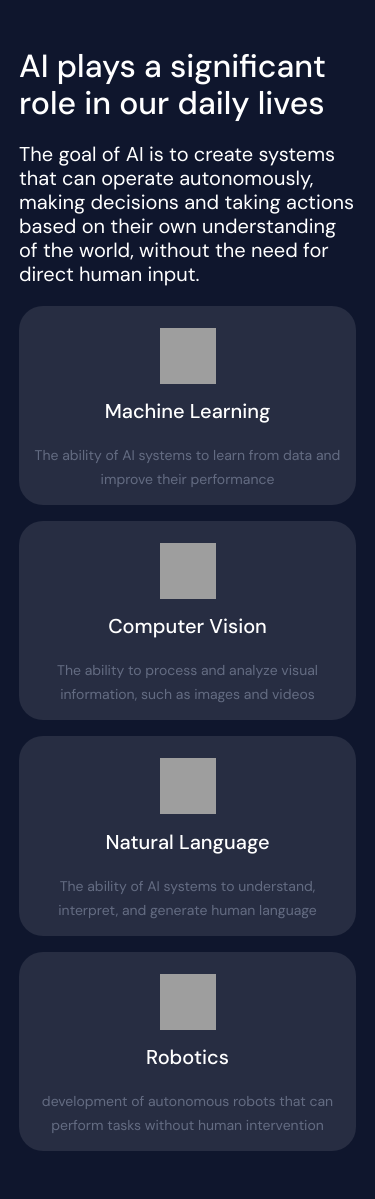
Repository: guli95/four-areas-of-AI-INVO-ACAdemy
Page: /
These files come from the project's save history. The page is drawn as it stood at one moment and after the next save; the edit follows.
The browser window is 375 px wide. The pictures show the whole page.
Pictures or frames that could not be fetched are drawn as grey boxes. The project was rebuilt for these pictures with package versions that can differ from the ones it lists, and the page was loaded fresh each time.

Above is the page before, as saved 2023-03-13 16:10:12.

### index.html
<!DOCTYPE html>
<html lang="en">

<head>
  <meta charset="UTF-8" />
  <link rel="icon" type="image/svg+xml" href="/vite.svg" />
  <meta name="viewport" content="width=device-width, initial-scale=1.0" />
  <title>Four AI areas</title>
</head>

<!-- In order to start your challenge, remove all the content inside <div id="home-page"></div> and start coding :) -->

<body>
  <div id="home-page">
    <div class="flexbox-container">
      <div class="heading-wrapper">
        <h1 class="heading-title">AI plays a significant role in our daily lives</h1>
        <p class="heading-text">The goal of AI is to create systems that can operate autonomously, making decisions and taking actions based on their own understanding of the world, without the need for direct human input.</p>
      </div>
      <div class="card-container">
        <a href="" class="card-link">
        <div class="card">
          <img src="./public/images/card-icon1.png" alt="" class="card-img" role="presentation">
          <h3 class="card-title">Machine Learning</h3>
          <p class="card-text">The ability of AI systems to learn from data and improve their performance</p>
        </div>
        </a>
        <a href="" class="card-link">
        <div class="card">
          <img src="./public/images/card-icon2.png" alt="" class="card-img" role="presentation">
          <h3 class="card-title">Computer Vision</h3>
          <p class="card-text">The ability to process and analyze visual information, such as images and videos</p>
        </div>
        </a>
        <a href="" class="card-link">
        <div class="card">
          <img src="./public/images/card-icon3.png" alt="" class="card-img" role="presentation">
          <h3 class="card-title">Natural Language</h3>
          <p class="card-text">The ability of AI systems to understand, interpret, and generate human language</p>
        </div>
        </a>
        <a href="" class="card-link">
        <div class="card">
          <img src="./public/images/card-icon4.png" alt="" class="card-img" role="presentation">
          <h3 class="card-title">Robotics</h3>
          <p class="card-text">development of autonomous robots that can perform tasks without human intervention</p>
        </div>
        </a>
      </div>
    </div>
  </div>

  <script type="module" src="/src/global-scripts/main.js"></script>
</body>

</html>

### src/global-scripts/main.js
/// Main JavaScript File
/// Here we import all the global JavaScript files we need for our project.

import "../global-styles/style.scss";
import "../../src/pages/home-page/styles/home-page.scss";

### src/global-styles/style.scss
/// Main Styles File
/// Here we import all the global Styles files we need for our project.

@import "styles/normalize.scss";
@import "styles/root.scss";
@import "styles/fonts.scss";

body {
  font-family: 'DS sans', sans-serif;
  color: var(--color-primary);
}

p {
  color: var(--color-on-surface);
}

### src/pages/home-page/styles/home-page.scss
/// Homepage Styles File
/// Here we import all the Styles files we need for our Homepage.
@import '../../../global-styles/styles/_root.scss';

#home-page{
    color: var(--color-white);
    font-family: 'DM Sans',sans-serif;
    height: 100%;

 .flexbox-container{
    max-width: 1440px;
    padding: 0 20px;
    display: flex;
    justify-content: center;
    margin: 160px auto 0 auto;
    gap: 0px;
    @media screen and (max-width:1191px) {
        flex-direction:column;
        align-items: center;
        margin-top: 247px;
    }
    @media screen and (max-width:480px) {
        padding: 48px 19px;
        margin-top: 0px;
    }
    .heading-wrapper{
        font-family: "DM Sans", sans-serif;
        text-align: left ;
        vertical-align: top;
        max-width: 480px;
        padding-left: 30px;
        padding-right: 60px;
        @media screen and (max-width:1191px) {
            width: 100%;
            padding: 0 14px;
            max-width: 500px;
        }
        .heading-title{
            font-size: var(--text-xl);
            font-weight: 500;
            line-height: 115%;
            letter-spacing: 0.2%;
            margin: 0 0 24px 0;
            @media screen and (max-width:1191px) {
                margin-bottom: 10px;

            }
            @media screen and (max-width:480px) {
                font-size: var(--text-l);
            }
        }
        .heading-text{
            font-size: var(--text-m);
            line-height: 24px;
            font-weight: 300;

        }
        @media screen and (max-width:480px) {
            font-size: var(--text-s);
        }
    }
    .card-container{
        display: flex;
        justify-content: center;
        flex-wrap: wrap;
        gap: 24px;
        max-width: 620px;
        @media screen and (max-width:1191px) {
            width: 100%;
            gap:16px;
            max-width: 500px;
        }
        .card-link{
            display: flex;
            color: var(--color-white);
            text-decoration: none;
            flex-direction: column;
            align-items: center;
            max-width: 240px;
            max-width: 250px;
            min-height: 200px;
            padding: 22px 10px;
            background-color:var(--color-secondary-grey);
            text-align: center;
            border-radius: var(--rounding-big);
            transition: .2s;
            &:hover{
                background-color: lighten($color: #272D42, $amount: 10) ;
            }
            @media screen and (max-width:1191px) {
                max-width: 220px;
                padding-bottom: 0;
                justify-content: flex-start;
                min-height: auto;
            }
            @media screen and (max-width:480px) {
                width: 100%;
                min-height:auto;
                max-width: none;
            }
            .card-img{
                width: 64px;
                height: 64px;
                @media screen and (max-width:1191px) {
                    width: 56px;
                    height: 56px;
                }
            }
            .card-title{
                font-size: var(--text-m);
                font-weight: 500;
                margin-top: 12px;
            }
            .card-text{
                font-size: var(--text-s);
                mix-blend-mode:soft-light;
                line-height: 24px;
                @media screen and (max-width:1191px) {
                    font-size: var(--text-xs);
                }
            }
        }

    }
}

}

### src/global-styles/styles/normalize.scss
/*! normalize.css v8.0.1 | MIT License | github.com/necolas/normalize.css */

/* Document
   ========================================================================== */

/**
 * 1. Correct the line height in all browsers.
 * 2. Prevent adjustments of font size after orientation changes in iOS.
 */

html {
  line-height: 1.15; /* 1 */
  -webkit-text-size-adjust: 100%; /* 2 */
  background-color: var(--color-primary-dark-blue);
}

/* Sections
   ========================================================================== */

/**
 * Remove the margin in all browsers.
 */

body {
  margin: 0;
}

/**
 * Render the `main` element consistently in IE.
 */

main {
  display: block;
}

/**
 * Correct the font size and margin on `h1` elements within `section` and
 * `article` contexts in Chrome, Firefox, and Safari.
 */

h1 {
  font-size: 2em;
  margin: 0.67em 0;
}

/* Grouping content
   ========================================================================== */

/**
 * 1. Add the correct box sizing in Firefox.
 * 2. Show the overflow in Edge and IE.
 */

hr {
  box-sizing: content-box; /* 1 */
  height: 0; /* 1 */
  overflow: visible; /* 2 */
}

/**
 * 1. Correct the inheritance and scaling of font size in all browsers.
 * 2. Correct the odd `em` font sizing in all browsers.
 */

pre {
  font-family: monospace, monospace; /* 1 */
  font-size: 1em; /* 2 */
}

/* Text-level semantics
   ========================================================================== */

/**
 * Remove the gray background on active links in IE 10.
 */

a {
  background-color: transparent;
}

/**
 * 1. Remove the bottom border in Chrome 57-
 * 2. Add the correct text decoration in Chrome, Edge, IE, Opera, and Safari.
 */

abbr[title] {
  border-bottom: none; /* 1 */
  text-decoration: underline; /* 2 */
  text-decoration: underline dotted; /* 2 */
}

/**
 * Add the correct font weight in Chrome, Edge, and Safari.
 */

b,
strong {
  font-weight: bolder;
}

/**
 * 1. Correct the inheritance and scaling of font size in all browsers.
 * 2. Correct the odd `em` font sizing in all browsers.
 */

code,
kbd,
samp {
  font-family: monospace, monospace; /* 1 */
  font-size: 1em; /* 2 */
}

/**
 * Add the correct font size in all browsers.
 */

small {
  font-size: 80%;
}

/**
 * Prevent `sub` and `sup` elements from affecting the line height in
 * all browsers.
 */

sub,
sup {
  font-size: 75%;
  line-height: 0;
  position: relative;
  vertical-align: baseline;
}

sub {
  bottom: -0.25em;
}

sup {
  top: -0.5em;
}

/* Embedded content
   ========================================================================== */

/**
 * Remove the border on images inside links in IE 10.
 */

img {
  border-style: none;
}

/* Forms
   ========================================================================== */

/**
 * 1. Change the font styles in all browsers.
 * 2. Remove the margin in Firefox and Safari.
 */

button,
input,
optgroup,
select,
textarea {
  font-family: inherit; /* 1 */
  font-size: 100%; /* 1 */
  line-height: 1.15; /* 1 */
  margin: 0; /* 2 */
}

/**
 * Show the overflow in IE.
 * 1. Show the overflow in Edge.
 */

button,
input { /* 1 */
  overflow: visible;
}

/**
 * Remove the inheritance of text transform in Edge, Firefox, and IE.
 * 1. Remove the inheritance of text transform in Firefox.
 */

button,
select { /* 1 */
  text-transform: none;
}

/**
 * Correct the inability to style clickable types in iOS and Safari.
 */

button,
[type="button"],
[type="reset"],
[type="submit"] {
  -webkit-appearance: button;
}

/**
 * Remove the inner border and padding in Firefox.
 */

button::-moz-focus-inner,
[type="button"]::-moz-focus-inner,
[type="reset"]::-moz-focus-inner,
[type="submit"]::-moz-focus-inner {
  border-style: none;
  padding: 0;
}

/**
 * Restore the focus styles unset by the previous rule.
 */

button:-moz-focusring,
[type="button"]:-moz-focusring,
[type="reset"]:-moz-focusring,
[type="submit"]:-moz-focusring {
  outline: 1px dotted ButtonText;
}

/**
 * Correct the padding in Firefox.
 */

fieldset {
  padding: 0.35em 0.75em 0.625em;
}

/**
 * 1. Correct the text wrapping in Edge and IE.
 * 2. Correct the color inheritance from `fieldset` elements in IE.
 * 3. Remove the padding so developers are not caught out when they zero out
 *    `fieldset` elements in all browsers.
 */

legend {
  box-sizing: border-box; /* 1 */
  color: inherit; /* 2 */
  display: table; /* 1 */
  max-width: 100%; /* 1 */
  padding: 0; /* 3 */
  white-space: normal; /* 1 */
}

/**
 * Add the correct vertical alignment in Chrome, Firefox, and Opera.
 */

progress {
  vertical-align: baseline;
}

/**
 * Remove the default vertical scrollbar in IE 10+.
 */

textarea {
  overflow: auto;
}

/**
 * 1. Add the correct box sizing in IE 10.
 * 2. Remove the padding in IE 10.
 */

[type="checkbox"],
[type="radio"] {
  box-sizing: border-box; /* 1 */
  padding: 0; /* 2 */
}

/**
 * Correct the cursor style of increment and decrement buttons in Chrome.
 */

[type="number"]::-webkit-inner-spin-button,
[type="number"]::-webkit-outer-spin-button {
  height: auto;
}

/**
 * 1. Correct the odd appearance in Chrome and Safari.
 * 2. Correct the outline style in Safari.
 */

[type="search"] {
  -webkit-appearance: textfield; /* 1 */
  outline-offset: -2px; /* 2 */
}

/**
 * Remove the inner padding in Chrome and Safari on macOS.
 */

[type="search"]::-webkit-search-decoration {
  -webkit-appearance: none;
}

/**
 * 1. Correct the inability to style clickable types in iOS and Safari.
 * 2. Change font properties to `inherit` in Safari.
 */

::-webkit-file-upload-button {
  -webkit-appearance: button; /* 1 */
  font: inherit; /* 2 */
}

/* Interactive
   ========================================================================== */

/*
 * Add the correct display in Edge, IE 10+, and Firefox.
 */

details {
  display: block;
}

/*
 * Add the correct display in all browsers.
 */

summary {
  display: list-item;
}

/* Misc
   ========================================================================== */

/**
 * Add the correct display in IE 10+.
 */

template {
  display: none;
}

/**
 * Add the correct display in IE 10.
 */

[hidden] {
  display: none;
}

### src/global-styles/styles/root.scss
/// Root Styles file
/// Here we define all the root variables we need for our project.
/// For examples see Material Design color system: https://m2.material.io/design/color/the-color-system.html

:root {
    $--color-primary-dark-blue: #0F162D !global;
    --color-primary-pink: #CA59FF;
    --color-primary-purple: #6C7CFF;
    --color-primary-green: #2AFFFF;
    --color-primary-yellow: #FFF629;
    --color-white: #FFFFFF;
    --color-black: #000;
    --color-secondary-grey:#272D42;

}

### src/global-styles/styles/fonts.scss
/// Main Fonts File
/// Here we import all the fonts files we need for our project.

@import url('https://fonts.googleapis.com/css2?family=Roboto:ital,wght@0,100;0,300;0,400;0,500;0,700;0,900;1,100;1,300;1,400;1,500;1,700;1,900&display=swap');
@import url('https://fonts.googleapis.com/css2?family=DM+Sans:wght@400;500&display=swap');

### src/global-styles/styles/_root.scss
/// Root Styles file
/// Here we define all the root variables we need for our project.
/// For examples see Material Design color system: https://m2.material.io/design/color/the-color-system.html

:root {
    //colors
    --color-primary-dark-blue: #0F162D ;
    --color-primary-pink: #CA59FF;
    --color-primary-purple: #6C7CFF;
    --color-primary-green: #2AFFFF;
    --color-primary-yellow: #FFF629;
    --color-white: #FFFFFF;
    --color-black: #000;
    --color-secondary-grey:#272D42;

    //font-size
    --text-xl:48px;
    --text-l:32px;
    --text-m:20px;
    --text-s:16px;
    --text-xs:14px;

    //rounding
    --rounding-big:24px;
    --rounding-small:16px;
}

After the next save:
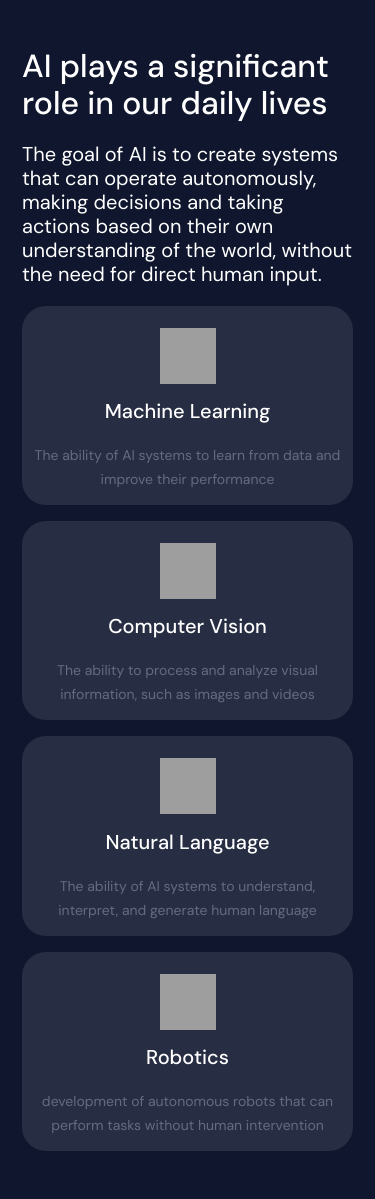
Saved 7 s later.
--- a/src/pages/home-page/styles/home-page.scss
+++ b/src/pages/home-page/styles/home-page.scss
@@ -20,7 +20,7 @@
         margin-top: 247px;
     }
     @media screen and (max-width:480px) {
-        padding: 48px 19px;
+        padding: 48px 22px;
         margin-top: 0px;
     }
     .heading-wrapper{
